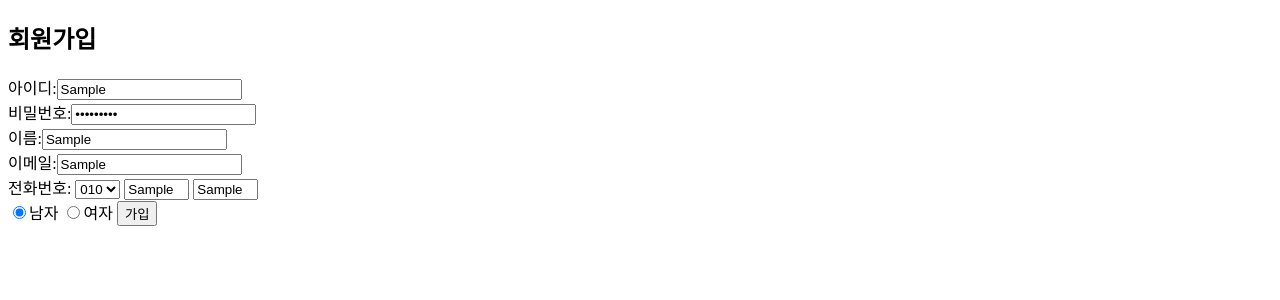
Repository: sejun98/sosobordgameJSP
Page: http://localhost/singup/join.jsp
The author's editor kept a copy of each file at every save. The page is drawn from the files as they stood at one save, then again after the next save.
The browser window is 1280 px wide. The pictures show the whole page.
Empty fields were first filled with sample values (such as "Sample", 5 or name@example.com).
After loading, the first visible `input[onclick="checkLogin()"]` was clicked once.
The page is served by Tomcat 9.

Above is the page before, as saved 2022-10-06 07:26:43.
Console error: ReferenceError: pw is not defined

After the next save:
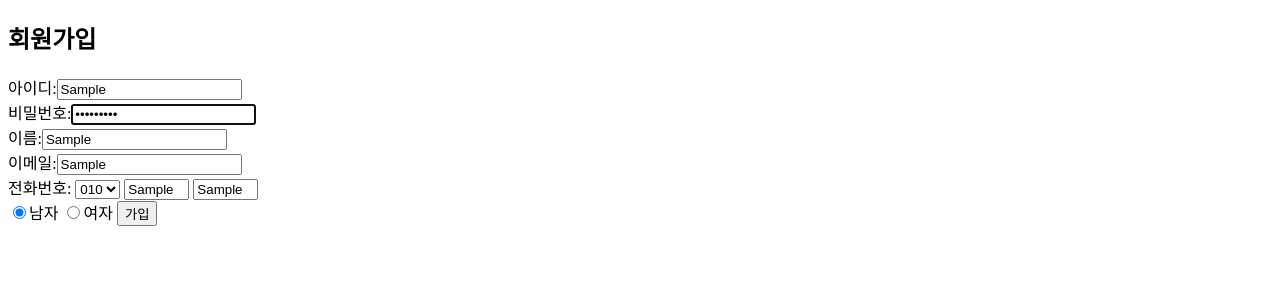
The error is gone.
Saved 29 s later.
--- a/singup/src/main/webapp/join.jsp
+++ b/singup/src/main/webapp/join.jsp
@@ -46,7 +46,7 @@
 			form.id.focus();
 			return false;
 		}
-		else if(!regExpPasswd.test(pw)){
+		else if(!regExpPasswd.test(form.pw.value)){
 			alert("비밀번호는 숫자만입력해주세요!");
 			form.pw.focus();
 			return false;
